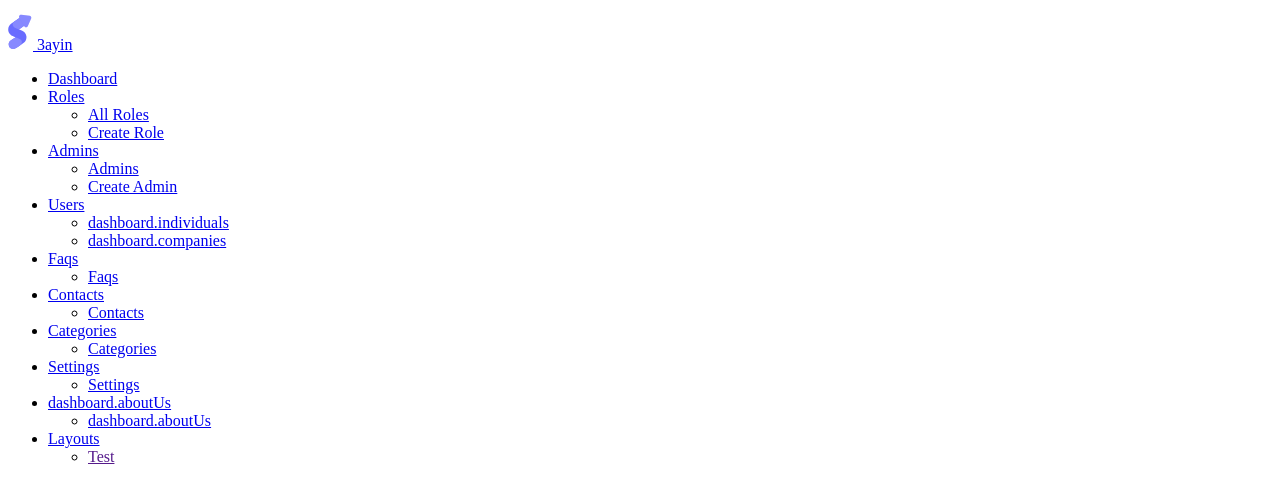
Repository: SALEMMOHAMED22/Akkar
Page: resources/views/layouts/dashboard/_sidebar.blade.php
The author's editor kept a copy of each file at every save. The page is drawn from the files as they stood at one save, then again after a run of saves.
The browser window is 1280 px wide. The pictures show the whole page.
The page is served by the project's Laravel application, run on PHP 8.4 with Laravel 12. Other server files are loaded and not shown. The template is opened directly, without the code that normally fills it, so the values that code supplies are empty.

Above is the page before, as saved 2025-08-10 13:31:13.

### app/Providers/AppServiceProvider.php
<?php

namespace App\Providers;

use Illuminate\Support\Facades\Log;
use App\Repositories\FaqsRepository;
use Illuminate\Pagination\Paginator;
use Illuminate\Support\Facades\Gate;
use App\Repositories\Ad\AdRepository;
use Illuminate\Support\ServiceProvider;
use App\Repositories\Auth\AuthRepository;
use App\Interfaces\FaqsRepositoryInterface;
use App\Interfaces\Ad\AdRepositoryInterface;
use App\Interfaces\Profile\ProfileInterface;
use App\Repositories\Plans\PlanRepositories;
use App\Repositories\Contact\ContactRepository;
use App\Repositories\General\GeneralRepository;
use App\Repositories\Profile\ProfileRepository;
use App\Interfaces\Auth\AuthRepositoryInterface;
use App\Interfaces\Plans\PlanRepositoryInterface;
use App\Repositories\Category\CategoryRepository;
use App\Repositories\Provider\ProviderRepository;
use Symfony\Component\HttpKernel\Profiler\Profile;
use App\Interfaces\Password\ResetPasswordInterface;
use App\Interfaces\Contact\ContactRepositoryInterface;
use App\Interfaces\General\GeneralRepositoryInterface;
use App\Repositories\Password\ResetPasswordRepository;
use App\Interfaces\Category\CategoryRepositoryInterface;
use App\Interfaces\Provider\ProviderRepositoryInterface;

class AppServiceProvider extends ServiceProvider
{
    /**
     * Register any application services.
     */
    public function register(): void
    {
        $this->app->bind(AuthRepositoryInterface::class, AuthRepository::class);
        $this->app->bind(ResetPasswordInterface::class , ResetPasswordRepository::class);
        $this->app->bind(ProfileInterface::class , ProfileRepository::class);
        $this->app->bind(CategoryRepositoryInterface::class , CategoryRepository::class);
        $this->app->bind(FaqsRepositoryInterface::class , FaqsRepository::class);
        $this->app->bind(AdRepositoryInterface::class , AdRepository::class);
        $this->app->bind(ProviderRepositoryInterface::class , ProviderRepository::class);
        $this->app->bind(ContactRepositoryInterface::class , ContactRepository::class);
        $this->app->bind(GeneralRepositoryInterface::class , GeneralRepository::class);
        $this->app->bind(PlanRepositoryInterface::class , PlanRepositories::class);


    }

    /**
     * Bootstrap any application services.
     */
    public function boot(): void
    {
        Paginator::useBootstrap();

         foreach (config('permission_en') as $config_permission => $value) {
            Log::info("Defining gate for permission: {$config_permission}");
            Gate::define($config_permission, function ($auth) use ($config_permission) {
                return $auth->hasAccess($config_permission);
            });
        }
    }
}

### app/Providers/ViewServiceProvider.php
<?php

namespace App\Providers;

use App\Models\Setting;
use Illuminate\Support\Facades\Cache;
use Illuminate\Support\Facades\Schema;
use Illuminate\Support\ServiceProvider;

class ViewServiceProvider extends ServiceProvider
{
    /**
     * Register services.
     */
    public function register(): void
    {
        //
    }

    /**
     * Bootstrap services.
     */
    public function boot(): void
    {
        view()->composer('dashboard.*', function ($view) {
            if (!Schema::hasTable('settings')) {
                return;
            }


            $settings = Cache::remember('site_settings', now()->addMinutes(60), function () {
                return Setting::first();
            });


            view()->share([
                'setting' => $settings,
            ]);
        });
    }
}

### routes/web.php
<?php

use Illuminate\Support\Facades\Route;
use Illuminate\Support\Facades\Artisan;
use App\Http\Controllers\RolesController;

Route::get('/', function () {
    return view('welcome');
});


Route::get('/home', [App\Http\Controllers\HomeController::class, 'index'])->name('home');

### routes/dashboard.php
<?php

use App\Http\Controllers\Dashboard\AboutUsController;
use Illuminate\Support\Facades\Route;
use Illuminate\Support\Facades\Artisan;
use App\Http\Controllers\RolesController;
use App\Http\Controllers\Dashboard\FaqController;
use App\Http\Controllers\Dashboard\AuthController;
use App\Http\Controllers\Dashboard\HomeController;
use App\Http\Controllers\Dashboard\UserController;
use App\Http\Controllers\Dashboard\AdminController;
use App\Http\Controllers\Dashboard\ContactController;
use App\Http\Controllers\Dashboard\SettingController;
use App\Http\Controllers\Dashboard\CategoryController;
use Mcamara\LaravelLocalization\Facades\LaravelLocalization;
use App\Http\Controllers\Dashboard\Password\ResetPasswordController;

Route::get('/', function () {
    return view('welcome');
});


Route::group(
    [
        'prefix' => LaravelLocalization::setLocale() . '/dashboard',
        'as' => 'dashboard.',
        'middleware' => ['localeSessionRedirect', 'localizationRedirect', 'localeViewPath']
    ],
    function () {
        // Login Routes
        Route::get('login', [AuthController::class, 'showLoginForm'])->name('login');
        Route::post('login', [AuthController::class, 'login'])->name('login.post');
        Route::post('logout', [AuthController::class, 'logout'])->name('logout');


        // Reset Password Routes
        Route::group(['prefix' => 'password', 'as' => 'password.'], function () {

            Route::controller(ResetPasswordController::class)->group(function () {

                Route::get('email', 'showEmailForm')->name('email');
                Route::post('email', 'sendOtp')->name('email.post');

                Route::get('verify/{email}', 'showOtpForm')->name('verify');
                Route::post('verify', 'verifyOtp')->name('verify.post');

                Route::get('reset/{email}', 'showResetForm')->name('reset');
                Route::post('reset', 'resetPassword')->name('reset.post');
            });
        });



        Route::group(['middleware' => 'auth:admin'], function () {
            // Home Route
            Route::get('/home', [HomeController::class, 'index'])->name('home');

            // Roles Routes
            Route::resource('roles', RolesController::class)->except(['show']);

            // Admins Routes
            Route::resource('admins' , AdminController::class)->except(['show']);
            Route::get('admins/{id}/status', [AdminController::class, 'changeStatus'])->name('admins.changeStatus');


            // Settings Routes
            Route::get('settings', [SettingController::class, 'index'])->name('settings.index');
            Route::put('settings/{id}', [SettingController::class, 'update'])->name('settings.update');


            // FaQs Routes
            Route::resource('faqs' , FaqController::class)->except(['show']);

            Route::get('users/individual/show' , [UserController::class , 'showUserIndividual'])->name('users.show.individual');
            Route::get('users/comany/show' , [UserController::class , 'showUserCompany'])->name('users.show.company');
            Route::get('users/individual' , [UserController::class , 'usersIndividual'])->name('users.individual');
            Route::get('users/company' , [UserController::class , 'usersCompany'])->name('users.company');
            Route::post('users/status', [UserController::class, 'changeStatus'])->name('users.status');


            // Contacts Routes
            Route::get('contacts' , [ContactController::class , 'index'])->name('contacts.index');
            Route::post('/contacts/{id}', [ContactController::class, 'destroy'])->name('contacts.destroy');


            Route::get('/categories' , [CategoryController::class , 'index'])->name('categories.index');


            // About Us Routes
            Route::get('about-us' , [AboutUsController::class , 'aboutUs'])->name('about-us.index');

        });
    }

);

### lang/en/dashboard.php
<?php

return [

    'back' => 'Back',
    'sign_in' => 'Sign In',

    'role_name_ar' => 'Role Name Arabic',
    'role_name_en' => 'Role Name English',
    'Assign Permissions' => 'Assign Permissions',
    'operations' => 'Operations',
    'role_name' => 'Role Name',
    'permissions' => 'Permissions',
    'actions' => 'Actions',
    'edit' => 'Edit',
    'delete' => 'Delete',
    'add' => 'Add',
    'add_role' => 'Add Role',
    'are_you_sure' => 'Are you sure to delete this role ?',
    'delete_message' => 'You will not be able to recover this role !',
    'yes_delete_it' => 'Yes, delete it !',
    'cancel' => 'Cancel',
    'no_cancel' => 'No, cancel !',
    'cancelled' => 'Cancelled',
    'cancelled_message' => 'not deleted !',
    'admins' => 'Admins',
    'create_admin' => 'Create Admin',
    'faqs' => 'Faqs',
    'create_faq' => 'Create Faq',
    'settings' => 'Settings',
    'users' => 'Users',
    'create_user' => 'Create User',
    'contacts' => 'Contacts',
    'categories' => 'Categories',
    'status_management' => 'Status Management',
    ''


];

Loaded but not shown: resources/views/layouts/dashboard/_sidebar.blade.php (538 lines, source omitted)

After the next 2 saves:
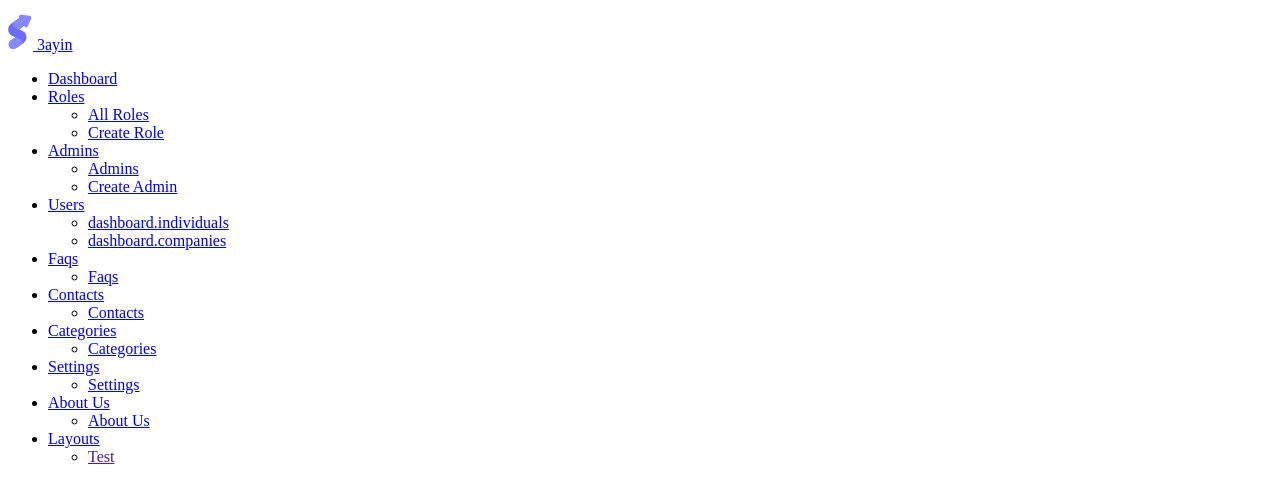
The 2 saves are shown as one change because they came seconds apart.
The last was saved 5 s later.
--- a/lang/en/dashboard.php
+++ b/lang/en/dashboard.php
@@ -33,7 +33,7 @@ return [
     'contacts' => 'Contacts',
     'categories' => 'Categories',
     'status_management' => 'Status Management',
-    ''
+    'aboutUs' => 'About Us',
 
 
 ];
